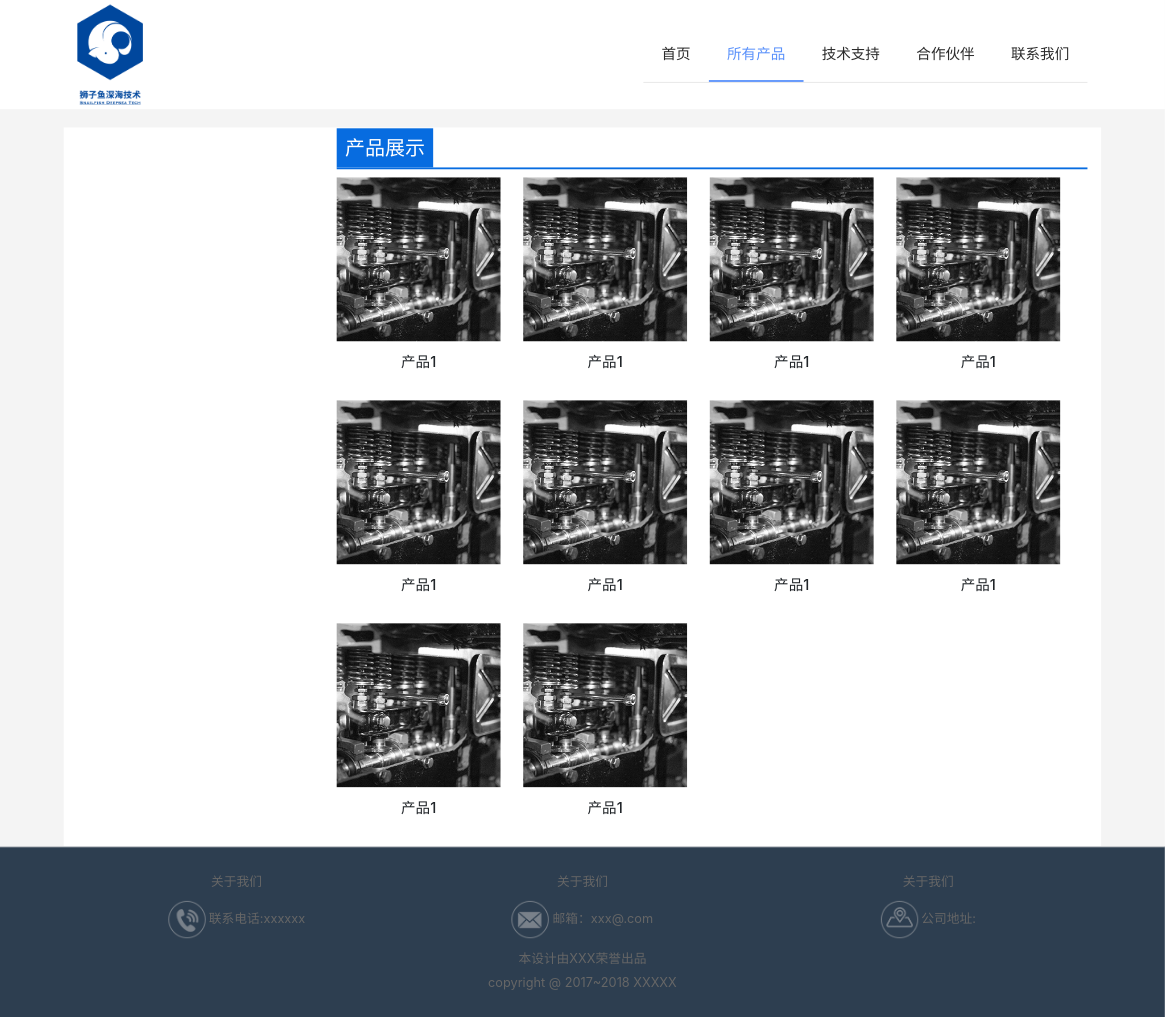
Repository: Noitom/Hadalsnailfish
Page: src/main/resources/static/html/product.html
The author's editor kept a copy of each file at every save. The page is drawn from the files as they stood at one save, then again after the next save.
The browser window is 1280 px wide. The pictures show the whole page, at 91% of full size.

Above is the page before, as saved 2021-12-14 12:15:06.

### src/main/resources/static/html/product.html
<!DOCTYPE html>
<html lang="zh-CN">
<head>
    <meta charset="utf-8">
    <meta http-equiv="X-UA-Compatible" content="IE=edge">
    <meta name="viewport" content="width=device-width, initial-scale=1">
    <title>深海狮子鱼</title>
    <link href="../bootstrap/css/bootstrap.min.css" rel="stylesheet">
    <link href="../css/cl-css.css" rel="stylesheet">
    <link href="../font-awesome/css/font-awesome.min.css" rel="stylesheet">
    <link href="../element/element.css" rel="stylesheet" type="text/css">
    <style>
        .el-carousel__item h3 {
            color: #475669;
            font-size: 14px;
            opacity: 0.75;
            line-height: 150px;
            margin: 0;
        }

        .el-row {
            margin-bottom: 20px;
        &:last-child {
             margin-bottom: 0;
         }
        }
        .el-col {
            border-radius: 4px;
        }
        .bg-purple-dark {
            background: #99a9bf;
        }
        .bg-purple {
            background: #d3dce6;
        }
        .bg-purple-light {
            background: #e5e9f2;
        }
        .grid-content {
            border-radius: 4px;
            min-height: 36px;
        }
        .row-bg {
            padding: 10px 0;
            background-color: #f9fafc;
        }
        .szy-product-div{
            height: 220px;
            width: 180px;
            margin-right: 25px;
            margin-bottom: 25px;
        }
    </style>
</head>
<body>
<div id="app" style="background:#fff;">
<!--顶部导航start-->
    <div class="cl-header container-fluid">
        <div class="header-content container">
            <nav class="navbar navbar-expand-lg navbar-light">
                <a class="navbar-brand" href="product.html">
                    <img src="../img/szy1.png"  height="110" alt="">
                </a>
                <button class="navbar-toggler" type="button" data-toggle="collapse" data-target="#navbarNav" aria-controls="navbarNav" aria-expanded="false" aria-label="Toggle navigation">
                    <span class="navbar-toggler-icon"></span>
                </button>
                <div class="collapse navbar-collapse justify-content-end" id="navbarNav">
                    <el-menu  class="el-menu-demo" mode="horizontal"  text-color="#2b2b2b" default-active="2" active-text-color="rgb(91, 146, 251)">
                        <el-menu-item index="1"> <a href="../index.html">首页</a> </el-menu-item>
                        <!-- <el-submenu index="2"> -->
                            <el-menu-item index="2" > <a href="product.html">所有产品</a> </el-menu-item>
                            <el-menu-item index="3" > <a href="help.html">技术支持</a> </el-menu-item>
                            <el-menu-item index="4" > <a href="#">合作伙伴</a> </el-menu-item>
                            <el-menu-item index="5"><a href="connect.html">联系我们</a></el-menu-item>
                        </el-menu>
                            <!-- <el-menu-item index="2-1"> <a href="html/product.html">所有产品</a> </el-menu-item> -->
                            <!-- <el-submenu index="2-2">
                                <template slot="title">应用分类</template>
                                <el-menu-item index="2-2-1">生物于微生物</el-menu-item>
                                <el-menu-item index="2-2-2">地球物理与资源</el-menu-item>
                                <el-menu-item index="2-2-3">地质与地球化学</el-menu-item>
                                <el-menu-item index="2-2-4">物理海洋规划</el-menu-item>
                                <el-menu-item index="2-2-5">水下运载潜水器</el-menu-item>
                            </el-submenu>
                            <el-submenu index="2-3">
                                <template slot="title">深度分类</template>
                                <el-menu-item index="2-3-1">300</el-menu-item>
                                <el-menu-item index="2-3-2">1500</el-menu-item>
                                <el-menu-item index="2-3-3">3000</el-menu-item>
                                <el-menu-item index="2-3-4">4500</el-menu-item>
                                <el-menu-item index="2-3-5">6000</el-menu-item>
                                <el-menu-item index="2-3-5">11000</el-menu-item>
                            </el-submenu>
                            <el-submenu index="2-4">
                                <template slot="title">海工领域</template>
                                <el-menu-item index="2-4-1">近岸工作</el-menu-item>
                                <el-menu-item index="2-4-2">深海工程</el-menu-item>
                            </el-submenu>
                            <el-submenu index="2-5">
                                <template slot="title">应用视频</template>
                                <el-menu-item index="2-5-1">典型应用影片展示与介绍</el-menu-item>
                                <el-menu-item index="2-5-2">选项2</el-menu-item>
                                <el-menu-item index="2-5-3">选项3</el-menu-item> -->
                            <!-- </el-submenu>
                        </el-submenu>
                        <el-submenu index="3"> -->
                            <!-- <el-menu-item index="3-1"><a href="html/help.html">技术指导</a></el-menu-item>
                            <el-menu-item index="3-2">售后服务</el-menu-item> -->
                        <!-- </el-submenu> -->
                </div>
            </nav>
        </div>
    </div>
</div>
<!--顶部导航end-->
    <!--轮播图-->
    <div class="" >
        <template>
            <div class="block">
                <el-carousel height="300px">
                    <el-carousel-item v-for="item in imageList" :key="item">
                        <img :src="item" style="width: 100%;height:720px">
                    </el-carousel-item>
                </el-carousel>
            </div>
        </template>
    </div>
    <!--首页其他内容展示-->

    <div class="container" style="background:#fff;margin-top: 20px">
        <div class="row" style="">
            <div class="col-md-3" >
                <template>
                <el-col :span="23">
                    <div style="margin-top: 10px;margin-bottom: 10px;border-bottom: 2px solid #076ce0">
                        <h5>
                            <span style="background:#076ce0;padding: 9px;font-family: 微软雅黑; font-size: 22px; color: rgb(255, 255, 255);margin-bottom: 0">产品分类</span>
                        </h5>
                    </div>
                    <el-menu
                            default-active="2"
                            class="el-menu-vertical-demo"
                            <!-- @open="handleOpen" -->
                            @close="handleClose">
                        <el-submenu index="1">
                            <template slot="title">
                                <i class="el-icon-location"></i>
                                <span>导航一</span>
                            </template>
                            <el-menu-item-group>
                                <template slot="title">分组一</template>
                                <el-menu-item index="1-1">选项1</el-menu-item>
                                <el-menu-item index="1-2">选项2</el-menu-item>
                            </el-menu-item-group>
                            <el-menu-item-group title="分组2">
                                <el-menu-item index="1-3">选项3</el-menu-item>
                            </el-menu-item-group>
                            <el-submenu index="1-4">
                                <template slot="title">选项4</template>
                                <el-menu-item index="1-4-1">选项1</el-menu-item>
                            </el-submenu>
                        </el-submenu>
                        <el-menu-item index="2">
                            <i class="el-icon-menu"></i>
                            <span slot="title">导航二</span>
                        </el-menu-item>
                        <el-menu-item index="3" disabled>
                            <i class="el-icon-document"></i>
                            <span slot="title">导航三</span>
                        </el-menu-item>
                        <el-menu-item index="4">
                            <i class="el-icon-setting"></i>
                            <span slot="title">导航四</span>
                        </el-menu-item>
                    </el-menu>
                </el-col>
                </template>
            </div>
            <div class="col-md-9" >
                <div class="d-flex flex-column">
                    <div style="height: 50px ;">
                        <div style="margin-top: 10px;margin-bottom: 10px;border-bottom: 2px solid #076ce0">
                            <h5>
                                <span style="background:#076ce0;padding: 9px;font-family: 微软雅黑; font-size: 22px; color: rgb(255, 255, 255);margin-bottom: 0">产品展示</span>
                            </h5>
                        </div>
                    </div>
                    <div class="d-flex flex-column justify-content-between">
                        <div >
                            <div class="d-flex flex-row justify-content-start flex-wrap" style="padding-top: 5px">
                                <div class="d-flex flex-column align-items-center justify-content-between szy-product-div" >
                                    <img src="../img/AD0IhdDxBBACGAAg0bCfvgUoysid8gUwoAI4xgI.jpg.webp" style="height: 180px;width: 180px">
                                    <h6>产品1</h6>
                                </div>
                                <div class="d-flex flex-column align-items-center justify-content-between szy-product-div" >
                                    <img src="../img/AD0IhdDxBBACGAAg0bCfvgUoysid8gUwoAI4xgI.jpg.webp" style="height: 180px;width: 180px">
                                    <h6>产品1</h6>
                                </div>
                                <div class="d-flex flex-column align-items-center justify-content-between szy-product-div" >
                                    <img src="../img/AD0IhdDxBBACGAAg0bCfvgUoysid8gUwoAI4xgI.jpg.webp" style="height: 180px;width: 180px">
                                    <h6>产品1</h6>
                                </div>
                                <div class="d-flex flex-column align-items-center justify-content-between szy-product-div" >
                                    <img src="../img/AD0IhdDxBBACGAAg0bCfvgUoysid8gUwoAI4xgI.jpg.webp" style="height: 180px;width: 180px">
                                    <h6>产品1</h6>
                                </div>
                                <div class="d-flex flex-column align-items-center justify-content-between szy-product-div" >
                                    <img src="../img/AD0IhdDxBBACGAAg0bCfvgUoysid8gUwoAI4xgI.jpg.webp" style="height: 180px;width: 180px">
                                    <h6>产品1</h6>
                                </div>
                                <div class="d-flex flex-column align-items-center justify-content-between szy-product-div" >
                                    <img src="../img/AD0IhdDxBBACGAAg0bCfvgUoysid8gUwoAI4xgI.jpg.webp" style="height: 180px;width: 180px">
                                    <h6>产品1</h6>
                                </div>
                                <div class="d-flex flex-column align-items-center justify-content-between szy-product-div" >
                                    <img src="../img/AD0IhdDxBBACGAAg0bCfvgUoysid8gUwoAI4xgI.jpg.webp" style="height: 180px;width: 180px">
                                    <h6>产品1</h6>
                                </div>
                                <div class="d-flex flex-column align-items-center justify-content-between szy-product-div" >
                                    <img src="../img/AD0IhdDxBBACGAAg0bCfvgUoysid8gUwoAI4xgI.jpg.webp" style="height: 180px;width: 180px">
                                    <h6>产品1</h6>
                                </div>
                                <div class="d-flex flex-column align-items-center justify-content-between szy-product-div" >
                                    <img src="../img/AD0IhdDxBBACGAAg0bCfvgUoysid8gUwoAI4xgI.jpg.webp" style="height: 180px;width: 180px">
                                    <h6>产品1</h6>
                                </div>
                                <div class="d-flex flex-column align-items-center justify-content-between szy-product-div" >
                                    <img src="../img/AD0IhdDxBBACGAAg0bCfvgUoysid8gUwoAI4xgI.jpg.webp" style="height: 180px;width: 180px">
                                    <h6>产品1</h6>
                                </div>
                            </div>
                        </div>
                    </div>
                </div>
            </div>
        </div>
    </div>

    <div class="container-fluid cl-footer">
        <div class="container">
            <div class="row">
                <div class="col-md-4">
                    <p class="cl-copyright">关于我们</p>
                    <p class="cl-copyright">
                        <img src="../img/formargin.webp">
                        联系电话:xxxxxx
                    </p>

                </div>
                <div class="col-md-4">
                    <p class="cl-copyright">关于我们</p>
                    <p class="cl-copyright">
                       <img src="../img/email.webp">
                    邮箱：xxx@.com</p>
                </div>
                <div class="col-md-4">
                    <p class="cl-copyright">关于我们</p>
                    <p class="cl-copyright">
                        <img src="../img/address.webp" alt="">
                        公司地址:</p>
                </div>
            </div>
            <p class="cl-copyright">本设计由XXX荣誉出品</p>
            <p class="cl-copyright">copyright @ 2017~2018 XXXXX</p>
        </div>
    </div>
</div>
<script src="../jquery/jquery.min.js"></script>
<script src="../bootstrap/js/bootstrap.min.js"></script>
<script src="../element/vue.js"></script>
<script src="../element/element.js"></script>
<script type="text/javascript">
    //配置对象 options
    new Vue({
        // 配置选项(option)
        // element: 指定用vue来管理页面中的哪个标签区域
        el: '#app',
        data: {
            isCollapse: true,
            imageList:[
                '../img/AD0IhdDxBBACGAAg87q03wUomNK66wUwgA840QU.jpg',
                '../img/AD0IhdDxBBACGAAg87q03wUokNmXkwUwgA840QU.jpg'
            ],
            message:'公司简介：XXXXXXXXXXXXX'

        },
        methods: {

        }
    });

</script>
</body>
</html>

### src/main/resources/static/css/cl-css.css
/*global*/
body{
    background-color: #f4f4f4;
}

a{
    display: block;
    color:#333;
    font-size: 16px;
    font-family: 微软雅黑;
}
a:hover{
    color:#076ce0;
    text-decoration: none;
}
/*header*/
.cl-header {
    background-color: #fff;
    /*height: 80px;*/
    /*line-height: 80px;*/
    /*box-shadow:0 5px 15px rgba(153, 153, 153, 0.1)!*添加阴影*!*/
}
.header-content{
    position: relative;
}

@media (min-width: 992px){
    .navbar-expand-lg .navbar-nav .nav-link {
        padding-right: 1rem;
        padding-left: 1rem;
    }
}
.navbar-toggler:not(:disabled):not(.disabled):focus{
    outline: none;
}
.navbar{
    padding:0;
}
.navbar-light .navbar-nav .active>.nav-link{
    color: #333;
    font-weight: bold;
    display: inline-block;
    padding: 0 20px;
}
.navbar-light .navbar-nav .active>.nav-link:hover{
    color: #076ce0;
}

.nav .nav-item a.active{
    color: #076ce0;
    font-weight: bold;
}

.navbar .navbar-brand img{
    max-width: 100%;
    max-height: 100%;
}
.recommend-index{
    margin-bottom:20px;
}



/*footer*/
.cl-footer{
    background-color: #2d3e50;
    text-align: center;
    padding:2rem 0 1rem 0;
    /* margin:1rem 0 1rem 0; */
    border-top:1px solid #f1f1f1;
    /*margin-left: 10px;*/

}
.cl-footer-link a{
    font-size:20px;
    padding:1rem 0;
    color:#666;
}

.cl-copyright{
    color:#666;
    font-size:14px;
    line-height:0.8em;

}

.text-primary{
    text-align: right;
}
.text-primary a{
    font-size:14px;
    color:#666;
}
@media (min-width: 576px){
    .ll-panel{
        max-width: 30%;
    }
}

/*recommend aritical*/
.recommend-panel{
    margin:20px 0;
}
.recommend-panel a.recommend-panel-link{
    display: block;
}
.recommend-panel-bottom{
    padding:0.5rem;
    font-size:14px;
}
.ll-title{
    margin:3rem 0 1rem 0;
    color:#333;
}
.recommend-panel-top{
    overflow: hidden;
    height: 12rem;
}

.recommend-panel-top img,.recommend-item img,.cl-card-image img{
    width: 100%;
    max-width: 100%;
    transition:0.4s ease-out;
    -webkit-transition:0.4s ease-out;
    -moz-transition:0.4s ease-out;
    -o-transition:0.4s ease-out;
}
.recommend-panel-top img:hover,.recommend-item img:hover,.cl-card-image img:hover{
    transform: scale(1.1, 1.1);
    -webkit-transform: scale(1.1, 1.1);
    -o-transform: scale(1.1, 1.1);
    -moz-transform: scale(1.1, 1.1);
}
/* 第二模块 */
.jumbotron-one{
    height: 650px;
    position: relative;
}
.szy-tow {
    height: 600px;
    width: 300px;
    position: absolute;
    left: 30%;
    top: 50%;
    transform: translate(-50%)
    translatey(-50%)

}
.szy-tow p{
    font-size: 20px;
    font-family: 微软雅黑;
}
.szy-tow span {
    font-size: 13px;
    font-family: 微软雅黑;
}
.szy-tow-one {
    height: 600px;
    width: 500px;
    position: absolute;
    left: 50%;
    top: 5%;
    background: url(cssimg/szy1.png) no-repeat;
}
/* .container-tow{
    width:1200px;
    height: 291px;
    position: absolute;
    left: 50%;
    top: 50%;
    transform: translate(-50%)
    translatey(-50%);
}
.word{
    font-size: 30px;
    font-family: 微软雅黑;
    color: blue;
    font-weight:bold ;
    max-width: 750px;
    padding: 20px 75px 20px 75px;
    margin: 10px;
    line-height: 90px;
}
.word-1{
    width: 500px;
    height: 150px;
    position: absolute;
    left: 7%;
    top: 30%;
    /* transform: translate(-50%)
    translatey(-50%); */
/* } */
/* .word-i span{
    font-size: 16px;
    font-family: 微软雅黑;
    color: black;
    padding: 0px 90px;
    left: 50%;
}
.image-1{
    width: 388px;
    height: 388px;
    position: absolute;
    left: 75%;
    top: 50%;
    transform: translate(-50%)
    translatey(-50%);
}
.image-2{
    width: 65px;
    height: 65px;
    position: absolute;
    left: 10%;
    top: 100%;
    transform: translate(-50%)
    translatey(-50%);
}
.but-1{
    width: 120px;
    height: 65px;
    background: #5d94fb;
    position: absolute;
    left: 90%;
    top: 55%;
    transform: translate(-50%)
    translatey(-50%);
    cursor: default;
}
.but-1 a{
    height: 100px;
    text-decoration: none;
    font-size: 16px;
    line-height: 63px;
    text-align: center;
    color: #fff;
    position: absolute;
    left: 50%;
    top: 70%;
    transform: translate(-50%)
    translatey(-50%);
}
.but-2{
    width: 80px;
    height: 65px;
    background: #2a5cb9;
    position: absolute;
    left: 98%;
    top: 55%;
    transform: translate(-50%)
    translatey(-50%);
    cursor: default;
}
.but-2 span{
    height: 100px;
    text-decoration: none;
    font-size: 40px;
    line-height: 63px;
    text-align: center;
    color: #fff;
    position: absolute;
    left: 50%;
    top: 70%;
    transform: translate(-50%)
    translatey(-50%);
} */
/* 产品介绍界面*/
.jumbotron-i{
    height: 670px;
    position: relative;
}
.container-i{
    width: 320px;
    height: 96px;
    margin:0 auto;
    position: absolute;
    left: 30%;
    top: 20%;
    transform: translate(-50%)
    translatey(-50%);
}
.container-i span{
    font-size: 30px;
    color: rgb(51, 129, 255);
    font-weight:bold;
    font-family: 微软雅黑;
}
.mod_service{
    width: 1800px;
    height: 400px;
}
.mod_service ul li{
    float: left;
    width: 300px;
    height: 300px;
}
.mod_service ul li h5{
    float: left;
    width: 280px;
    height: 280px;
}
.mod_service ul li h4{
    float: left;
    width: 280px;
    height: 280px;
}
.mod_service ul li p{
    float: left;
    width: 280px;
    height: 280px;
}

/*字体*/
.szy-yahei{
    font-family: 微软雅黑;
}

.szy-yahei-22px-blue{
    font-family: 微软雅黑;
    font-size: 22px;
    color: rgb(91, 146, 251);
    margin-bottom: 0
}

.szy-yahei-18px-white{
    font-family: 微软雅黑;
    color: rgb(255, 255, 255);
    font-size: 18px;
    margin-bottom: 0
}

.szy-yahei-16px-white{
    font-family: 微软雅黑;
    color: rgb(255, 255, 255);
    font-size: 16px;
    margin-bottom: 0
}

.szy-index-img{
    height: 250px;
    width: 250px
}

.szy-end-padding{
    padding: 5px;
}

Loaded but not shown: src/main/resources/static/bootstrap/css/bootstrap.min.css (library); src/main/resources/static/font-awesome/css/font-awesome.min.css (library); src/main/resources/static/element/element.css (library); src/main/resources/static/jquery/jquery.min.js (library); src/main/resources/static/bootstrap/js/bootstrap.min.js (library); src/main/resources/static/element/vue.js (library); src/main/resources/static/element/element.js (library)

After the next save:
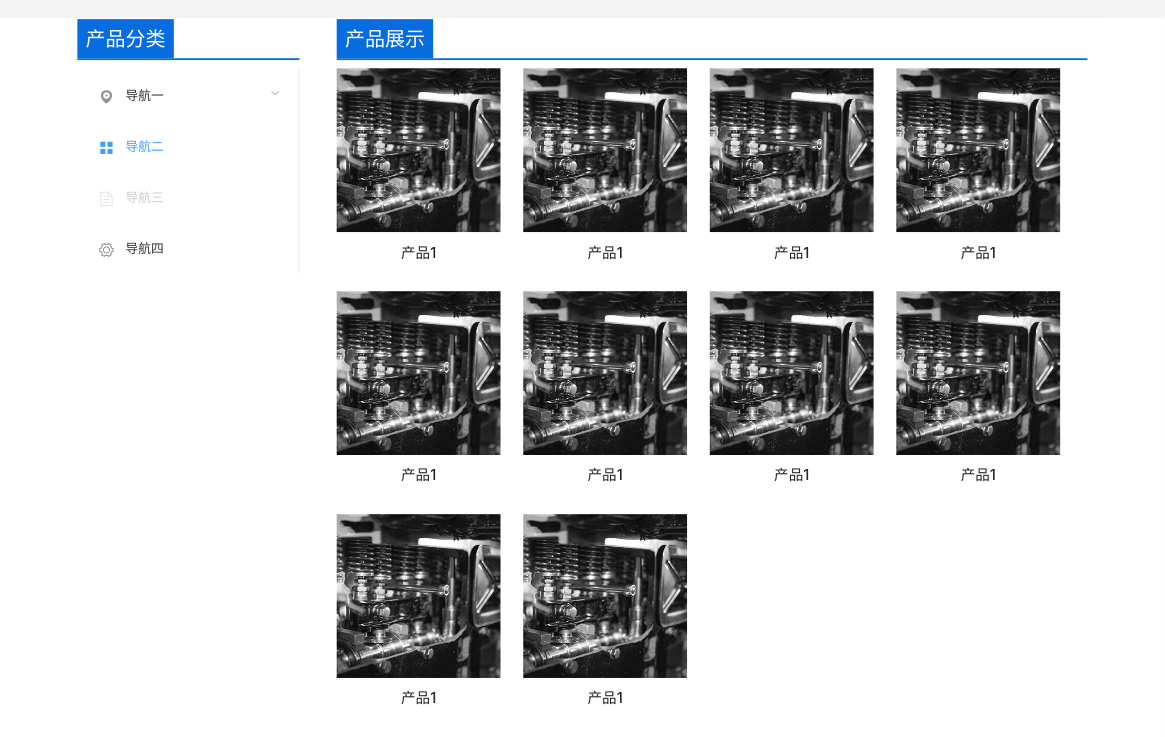
Saved 108 min 59 s later.
--- a/src/main/resources/static/html/product.html
+++ b/src/main/resources/static/html/product.html
@@ -55,7 +55,7 @@
 <body>
 <div id="app" style="background:#fff;">
 <!--顶部导航start-->
-    <div class="cl-header container-fluid">
+    <!-- <div class="cl-header container-fluid">
         <div class="header-content container">
             <nav class="navbar navbar-expand-lg navbar-light">
                 <a class="navbar-brand" href="product.html">
@@ -67,12 +67,12 @@
                 <div class="collapse navbar-collapse justify-content-end" id="navbarNav">
                     <el-menu  class="el-menu-demo" mode="horizontal"  text-color="#2b2b2b" default-active="2" active-text-color="rgb(91, 146, 251)">
                         <el-menu-item index="1"> <a href="../index.html">首页</a> </el-menu-item>
-                        <!-- <el-submenu index="2"> -->
-                            <el-menu-item index="2" > <a href="product.html">所有产品</a> </el-menu-item>
+                        <el-submenu index="2"> -->
+                            <!-- <el-menu-item index="2" > <a href="product.html">所有产品</a> </el-menu-item>
                             <el-menu-item index="3" > <a href="help.html">技术支持</a> </el-menu-item>
                             <el-menu-item index="4" > <a href="#">合作伙伴</a> </el-menu-item>
                             <el-menu-item index="5"><a href="connect.html">联系我们</a></el-menu-item>
-                        </el-menu>
+                        </el-menu> -->
                             <!-- <el-menu-item index="2-1"> <a href="html/product.html">所有产品</a> </el-menu-item> -->
                             <!-- <el-submenu index="2-2">
                                 <template slot="title">应用分类</template>
@@ -107,14 +107,14 @@
                             <!-- <el-menu-item index="3-1"><a href="html/help.html">技术指导</a></el-menu-item>
                             <el-menu-item index="3-2">售后服务</el-menu-item> -->
                         <!-- </el-submenu> -->
-                </div>
+                <!-- </div>
             </nav>
         </div>
     </div>
-</div>
+</div>  -->
 <!--顶部导航end-->
     <!--轮播图-->
-    <div class="" >
+    <!-- <div class="" >
         <template>
             <div class="block">
                 <el-carousel height="300px">
@@ -124,11 +124,11 @@
                 </el-carousel>
             </div>
         </template>
-    </div>
+    </div> -->
     <!--首页其他内容展示-->
 
     <div class="container" style="background:#fff;margin-top: 20px">
-        <div class="row" style="">
+        <div class="row">
             <div class="col-md-3" >
                 <template>
                 <el-col :span="23">
@@ -140,7 +140,6 @@
                     <el-menu
                             default-active="2"
                             class="el-menu-vertical-demo"
-                            <!-- @open="handleOpen" -->
                             @close="handleClose">
                         <el-submenu index="1">
                             <template slot="title">
@@ -236,7 +235,7 @@
         </div>
     </div>
 
-    <div class="container-fluid cl-footer">
+    <!-- <div class="container-fluid cl-footer">
         <div class="container">
             <div class="row">
                 <div class="col-md-4">
@@ -264,7 +263,7 @@
             <p class="cl-copyright">copyright @ 2017~2018 XXXXX</p>
         </div>
     </div>
-</div>
+</div> -->
 <script src="../jquery/jquery.min.js"></script>
 <script src="../bootstrap/js/bootstrap.min.js"></script>
 <script src="../element/vue.js"></script>
